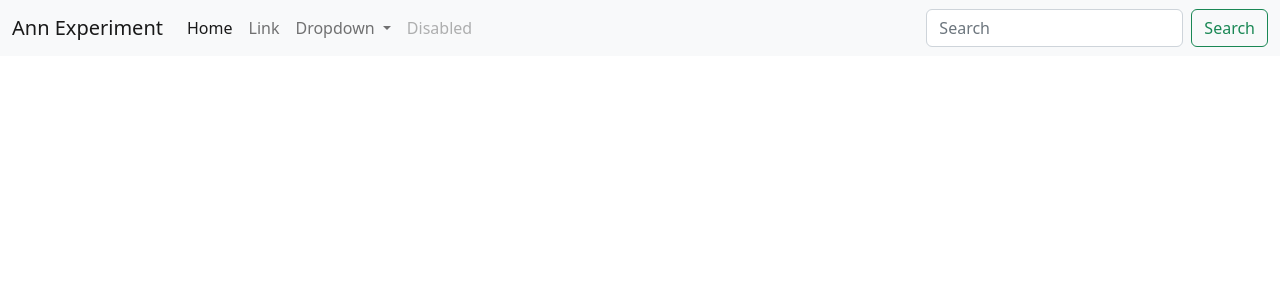
Repository: annferracane/phase-0-personal-website
Page: index.html
These files come from the project's save history. The page is drawn as it stood at one moment and after the next save; the edit follows.
The browser window is 1280 px wide. The pictures show the whole page.

Above is the page before, as saved 2022-11-13 16:22:31.

After the next save:
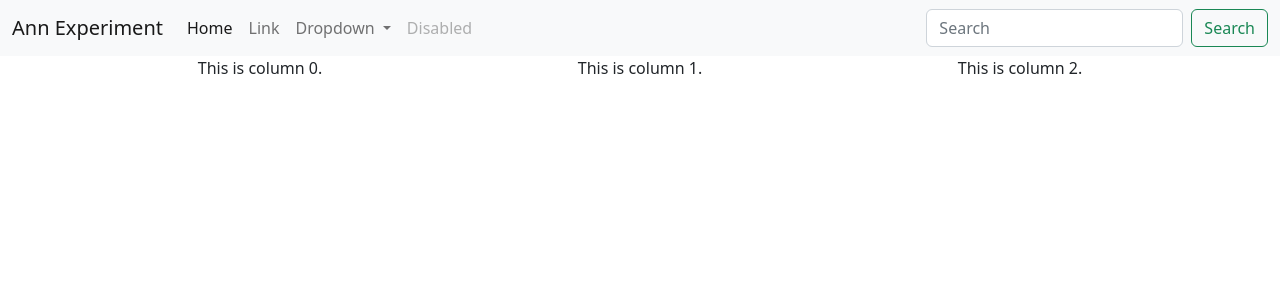
Saved 2 min 19 s later.
--- a/script.js
+++ b/script.js
@@ -12,6 +12,7 @@ for (i = 0; i < 3; i++){
     const div = document.createElement("div");
     div.className = "col";
     div.id = `main-div-col-${i}`;
+    div.textContent = `This is column ${i}.`
     document.querySelector("#main-div-row").appendChild(div);
 }
 //h2.textContent = "This content added by JavaScript";
